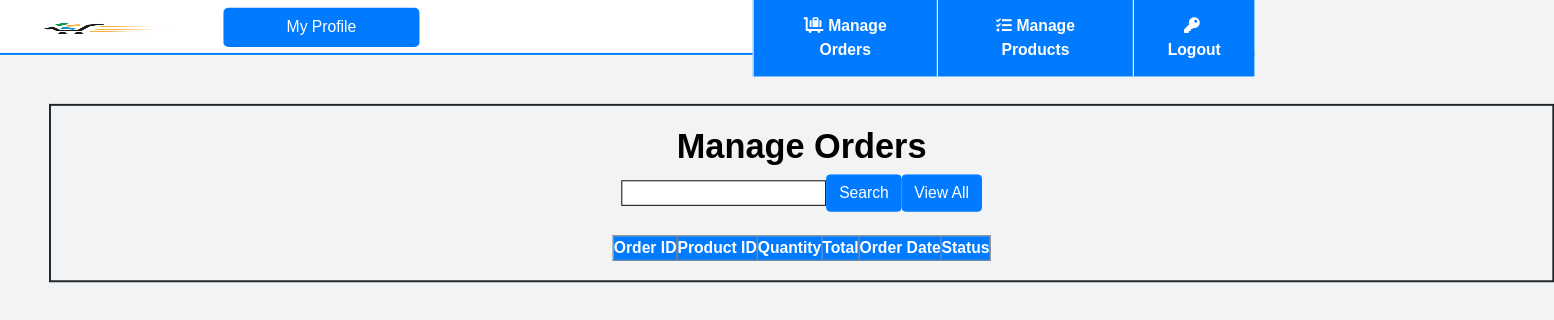
Repository: sahanjayawardena9619/PAF_Project
Page: http://localhost/paf_project/WEB-INF/views/sellerOrder.jsp
These files come from the project's save history. The page is drawn as it stood at one moment and after the next save; the edit follows.
The browser window is 1280 px wide. The page is 1586 px wide, then 1280 px, so the pictures cover 1586 px, including what lies to the right of the window. The pictures show the whole page, at 98% of full size.
Some web fonts or font styles are not loaded; a fallback is used. Some web libraries are served in a nearby version. The page is served by Tomcat 9. Nobody is signed in. The template is opened directly, without the code that normally fills it, so the values that code supplies are empty.

Above is the page before, as saved 2019-05-15 19:26:34.

After the next save:
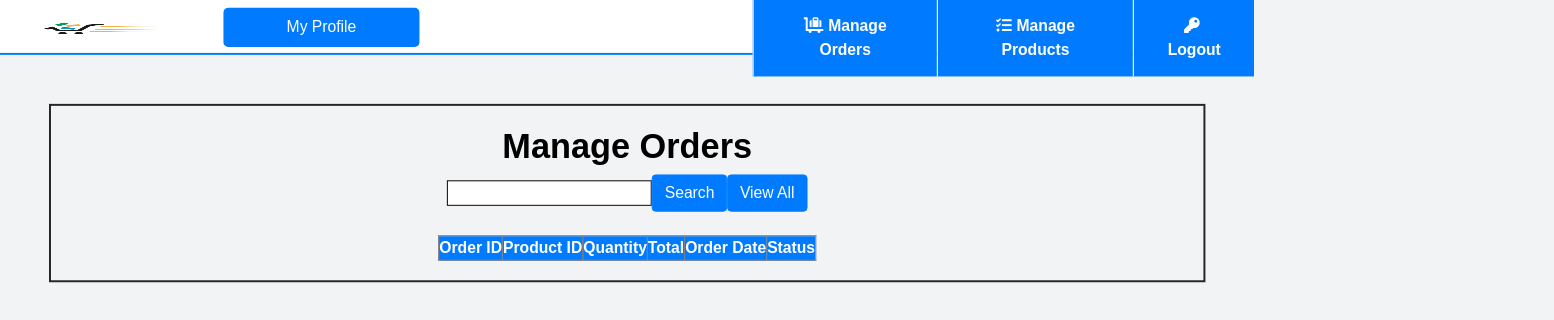
Saved 90 s later.
--- a/Main Project (Final)/PAF/paf_project/src/main/webapp/WEB-INF/views/sellerOrder.jsp
+++ b/Main Project (Final)/PAF/paf_project/src/main/webapp/WEB-INF/views/sellerOrder.jsp
@@ -48,7 +48,7 @@
 
 
 	<div align="center"
-		style="padding: 20px; margin: 50px; width:120%; border: solid 2px;">
+		style="padding: 20px; margin: 50px; border: solid 2px;">
 
 		<center>
 			<div>
